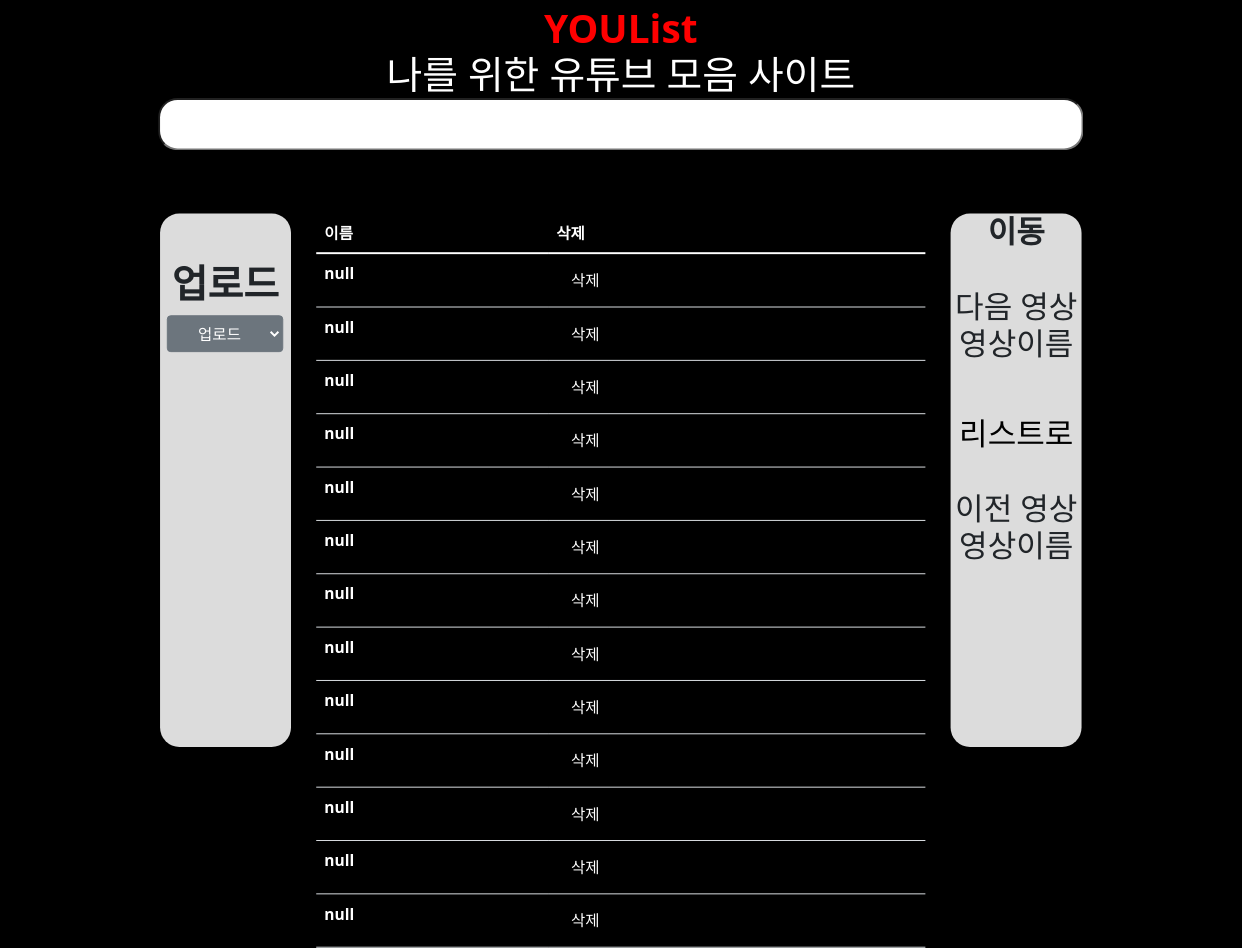
Repository: sojihwan/YouList
Page: / (app in youlist/)
An editor plug-in stored every save of this project. The page is shown before and after the next save, followed by the edit.
The browser window is 1280 px wide. The pictures show the whole page, at 97% of full size.
The project was rebuilt for these pictures with package versions that can differ from the ones it lists, and the page was loaded fresh each time. Also part of the build but not shown: youlist/src/App.css, youlist/src/Body/View.js, youlist/src/Body/Uplode.js.

Above is the page before, as saved 2022-05-17 13:13:51.

### youlist/src/index.css
body {
  margin: 0;
  font-family: -apple-system, BlinkMacSystemFont, 'Segoe UI', 'Roboto', 'Oxygen',
    'Ubuntu', 'Cantarell', 'Fira Sans', 'Droid Sans', 'Helvetica Neue',
    sans-serif;
  -webkit-font-smoothing: antialiased;
  -moz-osx-font-smoothing: grayscale;
}

code {
  font-family: source-code-pro, Menlo, Monaco, Consolas, 'Courier New',
    monospace;
}

html{
  background-color: black;
}

### youlist/src/App.js
/* eslint-disable no-sequences */

import './App.css';
import 'bootstrap/dist/css/bootstrap.css';
import React,{useState} from 'react'
import { Route } from 'react-router';
import Header from './Header/Header'
import RightNav from './Nav/RightNav'
import Body from './Body/Body'
import View from './Body/View';
import LeftNav from './Nav//LeftNav'
import Uplode from './Body/Uplode';

function App() {
  const [value, setValue] = useState("");
  return (
    <div style={{backgroundColor:"black"}}>
      <Header></Header>
      <div style={{width:'70%',position:'absolute',top:'220',left:'15%'}}>
      <RightNav></RightNav>
      <Route path ="/View"  component={() => <View value={value}/>}/>
      <Route path ="/Uplode" component = {()=> <Uplode/>} />
      <LeftNav></LeftNav>
      <Route path ="/" component = {()=> <Body setValue={setValue}/>} exact/>
      </div>
    </div>
  );
}

export default App;

### youlist/src/Header/Header.js
import React,{useState} from 'react';
import 'bootstrap/dist/css/bootstrap.css';
import '../CSS/Div.css'

function Header (){
  const [Log, setLog] = useState('');
  const onChange = (e) => {
    setLog(e.target.value);
  };
  const handleKeyPress = e => {
    if(e.key === 'Enter') {
      setLog('');
    }
  }
    return(
      <header className='Headercss'>
        <h1 style={{textAlign:'center',color:"#ffffff"}}>
          <strong style={{color:"red"}}>YOUList</strong>
          <br/>나를 위한 유튜브 모음 사이트
          <br/>
          <input
            style={{width:"74.5%",textAlign:"center",borderRadius:"20PX"}}
            onKeyPress={handleKeyPress}
            name="select"
            onChange={onChange}
            value={Log}>

          </input>
          </h1>
      </header>
    )
  }

export default Header;

### youlist/src/Nav/RightNav.js
import React from 'react';
import 'bootstrap/dist/css/bootstrap.css';
import { Link } from 'react-router-dom';
import '../CSS/Div.css'
import '../CSS/Link.css'

function RightNav (){

  return(
    <nav className="RightNav">
      <h1 style={{textAlign:'center'}}>
        <br/>
        <strong>업로드</strong>
        <br/>
        <Link to="/uplode"className="Link1">
        <select className="btn btn-secondary dropdown-toggle"style={{textAlign:"center"}}>
          <option>업로드</option>
          <option>음악</option>
          <option>애니메이션</option>
          <option>감상</option>
          <option>게임</option>
        </select>
        </Link>
        <br/>
        </h1>
    </nav>
  )
}
export default RightNav;

### youlist/src/Body/Body.js
import React, { useState } from 'react';
import 'bootstrap/dist/css/bootstrap.css';
import '../CSS/Div.css'
import '../CSS/Link.css'
import { Link } from 'react-router-dom';
//앞으로 해야할 것 setLists([...lists, JSON.parse(localStorage.getItem(`${i}`))]);이게 왜 함수가 끝나야지 되는지 확인
//JSON.parse(localStorage.getItem(키))에 키를 리스트에서 view로 이동
function Body(props) {
  const [lists, setLists] = useState([
    //  for(var i = 0; i <= localStorage.length-1; i++) {
        JSON.parse(localStorage.getItem(0)),
        JSON.parse(localStorage.getItem(1)),
        JSON.parse(localStorage.getItem(2)),
        JSON.parse(localStorage.getItem(3)),
        JSON.parse(localStorage.getItem(4)),
        JSON.parse(localStorage.getItem(5)),
        JSON.parse(localStorage.getItem(6)),
        JSON.parse(localStorage.getItem(7)),
        JSON.parse(localStorage.getItem(8)),
        JSON.parse(localStorage.getItem(9)),
        JSON.parse(localStorage.getItem(10)),
        JSON.parse(localStorage.getItem(11)),
        JSON.parse(localStorage.getItem(12)),
    //  }
    ])

  const onRemomve = like => {
    setLists(lists.filter(lists => lists.like !== like));
    for(var i = 0; i <= localStorage.length-1; i++) {
      console.log(JSON.parse(localStorage.getItem(i)))
   }
    window.localStorage.removeItem(2);
    console.log(lists);
  }
  return (
    <div className="Bodydiv">
      <table className="table table-striped" style={{ color: "#FFFFFF" }} name="list1" >
        <thead>
          <tr>
            <th>이름</th>
            <th>삭제</th>
          </tr>
        </thead>
        <tbody>
          {
            lists.map((item,index) => {
              console.log(item)
              return(
                <tr key={index}>
                  <td>
                    <Link to="/View" className="Link">
                      <b onClick={() =>{if(item != null){props.setValue(item.like)}}}>
                       {item===null ? 'null' : item.title }
                      </b>
                    </Link>
                  </td>
                  <td><button className='btn btn-default' style={{color:'#FFFFFF',width:'60px'}} onClick={()=>{if(item != null){onRemomve(item.like)}}}>삭제</button></td>
                </tr>
              );
            }
            )
            }
        </tbody>
      </table>
    </div>
  )
}
export default React.memo(Body);

### youlist/src/Nav/LeftNav.js
import React from 'react';
import 'bootstrap/dist/css/bootstrap.css';
import { Link } from 'react-router-dom';
import '../CSS/Div.css'
import '../CSS/Link.css'

function LeftNav (){
  return(
    <nav className="LeftNav">
      <h2 className='LeftH1'>
        <strong>이동</strong>
        <p>
        <br/>
        다음 영상<br/>
        영상이름<br/>
        <br/>
        </p>
        <Link to="/"className="Link1">리스트로</Link><br/>
        <br/>
        <p>
        이전 영상<br/>
        영상이름<br/>
        </p>
        </h2>
    </nav>
  )
}
export default LeftNav;

### youlist/src/CSS/Div.css
.Uplodediv{
  padding-left:7%;
  background:#000000;
  width:70%;
  height:550px;
  position:absolute;
  top:0px;
  left:20%;
  color:#FFFFFF
}
.Bodydiv{
  background:#000000;
  width:70%;
  height:550px;
  position:absolute;
  left:15%;
  top:0px;
}
.DIVVIEW{
  padding:5px;
  background:#000000;
  width:70%;
  height:550px;
  position:absolute;
  top:0px;
  left:15%;
}
.Headercss{
  background:#000000;
  height:220px;
  padding-top:5px;
}
.LeftNav{
  border-radius:20px;
  background:#DCDCDC;
  width:15%;
  height:550px;
  position:absolute;
  left:88%;
  top:0px;
}
.LeftH1{
  text-Align:center;
}
.RightNav{
  background:#DCDCDC;
  width:15%;
  position:absolute;
  height:550px;
  left: -3%;
  border-radius:20PX;
}

### youlist/src/CSS/Link.css
.Link{
  text-decoration:none;
  color:#FFFFFF;
}
.Link:hover{
  text-decoration:none;
  color:#FFFFFF;
}
.Link1{
  text-decoration:none;
  color:#000000;
}
.Link1:hover{
  text-decoration:none;
  color:#000000;
}

Loaded but not shown: youlist/public/index.html (common file); youlist/src/index.js (common file); youlist/src/reportWebVitals.js (common file)

After the next save:
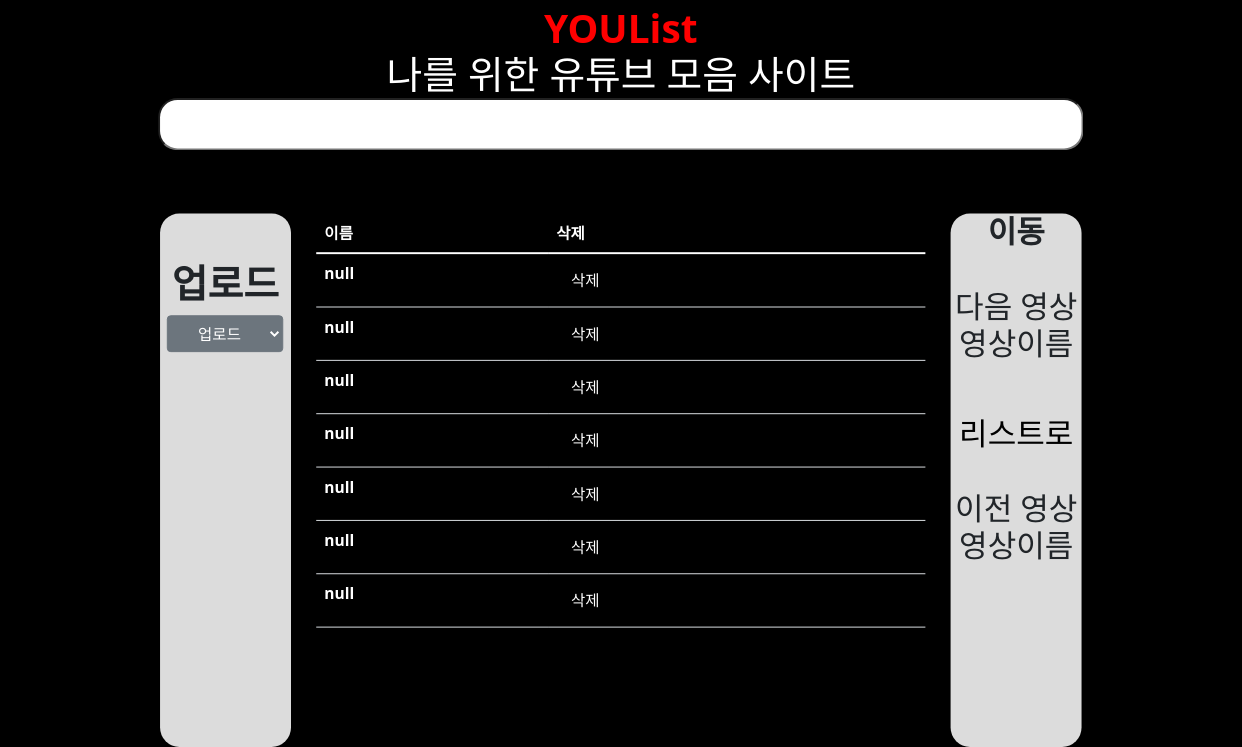
Saved 13 s later.
--- a/youlist/src/Body/Body.js
+++ b/youlist/src/Body/Body.js
@@ -15,12 +15,6 @@ function Body(props) {
         JSON.parse(localStorage.getItem(4)),
         JSON.parse(localStorage.getItem(5)),
         JSON.parse(localStorage.getItem(6)),
-        JSON.parse(localStorage.getItem(7)),
-        JSON.parse(localStorage.getItem(8)),
-        JSON.parse(localStorage.getItem(9)),
-        JSON.parse(localStorage.getItem(10)),
-        JSON.parse(localStorage.getItem(11)),
-        JSON.parse(localStorage.getItem(12)),
     //  }
     ])
 
